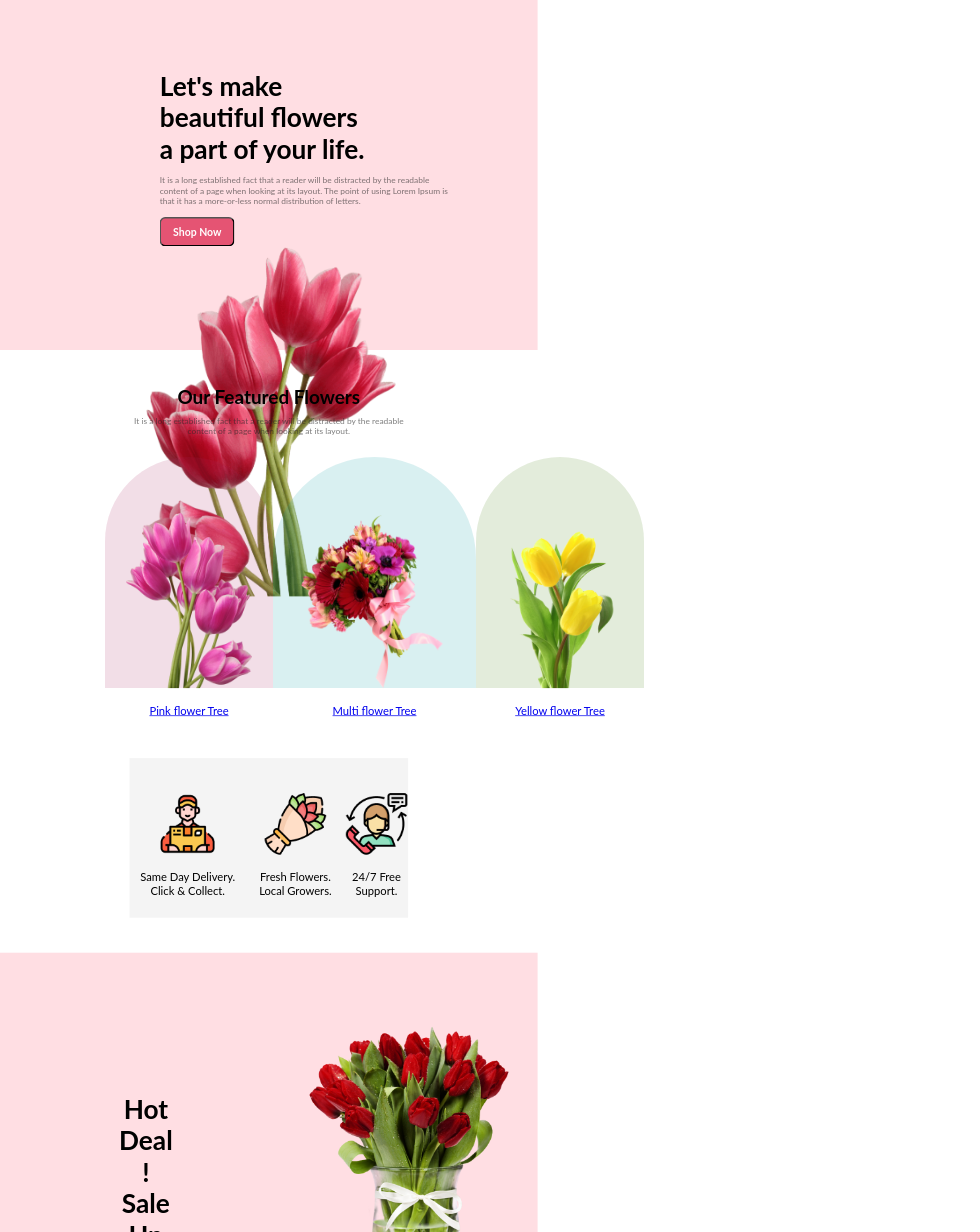
Repository: sadiaafsana138/Flower-Shop_Responsive
Page: index.html
The author's editor kept a copy of each file at every save. The page is drawn from the files as they stood at one save, then again after the next save.
The browser window is 768 px wide. The page is 1400 px wide, so the pictures cover 1400 px, including what lies to the right of the window. The pictures show the part of the page from y = 0 to 1760 px (the page is 3529 px tall), at 70% of full size.

Above is the page before, as saved 2023-09-07 05:02:06.

### index.html
<!DOCTYPE html>
<html lang="en">

<head>
    <meta charset="UTF-8">
    <meta name="viewport" content="width=device-width, initial-scale=1.0">
    <title>Flower Shop</title>
    <link rel="stylesheet" href="Flower.css">
</head>
<body>
    <header>
        <section class="Section1">
            <div>
                <div id="HeaderText1">
                    <h1>
                        Let's make<br>beautiful flowers<br>a part of your life.
                    </h1>
                </div>
                <div id="HeaderText2">
                    <p>
                        It is a long established fact that a reader will be distracted by the readable<br>content of a
                        page when looking at its layout. The point of using Lorem Ipsum is<br>that it has a more-or-less
                        normal distribution of letters.
                    </p>
                </div>
                <button class="Main_button">
                    Shop Now
                </button>
            </div>
            <div>
                <img src="Images/1.png" alt="Cover image" height="500px" width="400px">
            </div>
        </section>
    </header>
    <main>
        <section class="Section2">
            <div>
                <div id="Section_2_header1">
                    <h1>
                        Our Featured Flowers
                    </h1>
                </div>
                <div>
                    <p id="Section_2_header2">
                        It is a long established fact that a reader will be distracted by the readable<br>content of a
                        page when looking at its layout.
                    </p>
                </div>
            </div>
            <div class="Section_2_pictures">
                <div id="sec2_pic1">
                    <img src="Images/2.png" alt="" height="250px" width="180px">
                    <br>
                    <br>
                    <a href="https://flowersourcebd.com/" target="_blank">
                        Pink flower Tree
                    </a>
                </div>
                <div id="sec2_pic2">
                    <img src="Images/3.png" alt="" height="250px" width="230px">
                    <br>
                    <br>
                    <a href="https://flowersourcebd.com/" target="_blank">
                        Multi flower Tree
                    </a>
                </div>
                <div id="sec2_pic3">
                    <img src="Images/4.png" alt="" height="250px" width="180px">
                    <br>
                    <br>
                    <a href="https://flowersourcebd.com/" target="_blank">
                        Yellow flower Tree
                    </a>
                </div>
            </div>
        </section>
        <section class="Section3">
            <div class="Sec3_pic">
                <div>
                    <img src="Images/5.png" alt="">
                    <br>
                    <br>
                    <p>Same Day Delivery. Click & Collect.</p>
                </div>
                <div>
                    <img src="Images/6.png" alt="">
                    <br>
                    <br>
                    <p>Fresh Flowers. Local Growers.</p>
                </div>
                <div>
                    <img src="Images/7.png" alt="">
                    <br>
                    <br>
                    <p>24/7 Free Support.</p>
                </div>
            </div>
        </section>
        <section class="Section4">
            <div>
                <div id="Sec4_text1">
                    <h1>
                        Hot Deal ! Sale Up To 25% <span id="off_color">Off</span>
                    </h1>
                </div>
                <br>
                <div id="Sec4_text2">
                    <p>
                        It is a long established fact that a reader will be distracted by the readable<br>content of a page when looking at its layout.
                    </p>
                </div>
                <br>
                <button class="Main_button">
                    Sign Up
                </button>
            </div>
            <div id="sec4_vas">
                <img src="Images/8.png" alt="" height="380px" width="300px">
            </div>
        </section>
        <section class="Section5">
            <div>
                <div id="Section_2_header1">
                    <h1>
                        Instagram
                    </h1>
                </div>
                <div>
                    <p id="Section_2_header2">
                        It is a long established fact that a reader will be distracted by the readable<br>content of a
                        page when looking at its layout.
                    </p>
                </div>
            </div>
            <div class="Section_2_pictures">
                <div>
                    <img src="Images/9.png" alt="" height="250px" width="200px">
                </div>
                <div>
                    <img src="Images/10.png" alt="" height="250px" width="200px">
                </div>
                <div>
                    <img src="Images/11.png" alt="" height="250px" width="200px">
                </div>
                <div>
                    <img src="Images/12.png" alt="" height="250px" width="200px">
                </div>
            </div>
        </section>
        <section class="Section6">
            <div>
                <img src="Images/14.png" alt="" height="320px" width="700px">
                <br>
                <button class="ways">
                    See more
                </button>
            </div>
            <div>
                <img src="Images/15.png" alt="" height="320px" width="700px">
                <br>
                <input type="text" placeholder="Write your meessage here" size="50">
                <button class="message">
                    Submit
                </button>
            </div>
        </section>
        <section class="Section7">
            <div class="Sec7">
                <div id="Section_2_header1">
                    <h1>
                        Get The Latest Deals
                    </h1>
                </div>
                <div>
                    <p id="Section_2_header2">
                        $30 coupon for first shopping
                    </p>
                </div>
                <div>
                    <input type="email" placeholder="Input your Email Id here" size="50">
                <button class="message">
                    Subscribe
                </button>
                </div>
            </div>
        </section>
    </main>
    <footer>
        <section class="Section8">
            <div>
                <div id="Sec4_text1">
                    <h1>
                        <span id="off_color">Flower</span><span class="white_color">Shop</span>
                    </h1>
                </div>
                <br>
                <div id="Sec4_text2">
                    <p class="white_color">
                        It is a long established fact that a reader will be distracted by the readable<br>content of a page when looking at its layout.
                    </p>
                    <br>
                    <p id="assh">
                        @2020-2023, FlowerShop.com. All rights reserved
                    </p>
                </div>
            </div>
        </section>
    </footer>
</body>
</html>

### Flower.css
*{
    margin:0px;
    font-family: Lato;
    font-style: normal;
}
/*Section 1*/
.Section1{
    background-color: rgb(255, 222, 227);
    height:500px;
    width: 100%;
    display: flex;
    justify-content: space-around;
}
#HeaderText1{
    padding: 100px 70px 5px 100px;
    font-size:  25px;
    font-weight: 800;

}
#HeaderText2{
    padding: 10px 0px 5px 100px;
    font-size:  12px;
    font-weight: 400;
    color:rgba(39, 39, 39, 0.60);
}
.Main_button{
    border-radius: 8px;
    background: #E55473;
    color: #FFF;
    font-size: 15px;
    font-weight: 700;
    padding: 10px 17px;
    margin: 10px 0px 0px 100px;
}
/*Section 2*/
#Section_2_header1{
    padding: 50px 0px 10px 0px;
    font-size:  18px;
    font-weight: 800;
    text-align: center;
}
#Section_2_header2{
    font-size:  12px;
    font-weight: 400;
    color:rgba(39, 39, 39, 0.60);
    text-align: center;
}
.Section_2_pictures{
    margin: 30px 150px 0px;
    justify-content: space-around;
    display: flex;
}
#sec2_pic1{
    border-radius: 300px 300px 0px 0px;
    background: rgba(167, 33, 98, 0.15);
    height:250px ;
    width: 230px;
    padding: 80px 30px 0px 30px;
    text-align: center;
}
#sec2_pic2{
    border-radius: 300px 300px 0px 0px;
    background:rgba(5, 151, 160, 0.15);
    height: 250px;
    width: 230px;
    padding: 80px 30px 0px 30px;
    text-align: center;
}
#sec2_pic3{
    border-radius: 300px 300px 0px 0px;
    background: rgba(71, 125, 17, 0.15);
    height: 250px;
    width: 230px;
    padding: 80px 30px 0px 30px;
    text-align: center;

}
/*Section 3*/
.Sec3_pic{
    background: rgba(39, 39, 39, 0.05);
    margin: 100px 185px 0px;
    padding: 50px 0px 30px;
    justify-content: space-around;
    display: flex;
    text-align: center;
}
/* Section 4 */
.Section4{
    margin-top: 50px;
    background-color: rgb(255, 222, 227);
    height:500px;
    width: 100%;
    display: flex;
    justify-content: space-around;
    text-align: center;
}
#Sec4_text1{
    padding: 200px 70px 5px 170px;
    font-size:25px;
    font-weight: 800;
}
#Sec4_text2{
    padding: 10px 0px 0px 100px;
    font-size:  15px;
    font-weight: 400;
    color:rgba(39, 39, 39, 0.60);
}
#off_color{
    color: #E55473;
}
#sec4_vas{
    padding: 100px 120px ;
}
/*section 6 */
.Section6{
    margin-top: 50px;
    background-color: rgb(255, 222, 227);
    height:400px;
    width: 100%;
    display: flex;
    justify-content: space-around;
}
.message{
    border-radius: 8px;
    background: #E55473;
    color: #FFF;
    font-size: 15px;
    font-weight: 700;
    padding: 10px 25px;
    margin: 10px 0px 0px 10px;
}
.ways{
    border-radius: 8px;
    background: #E55473;
    color: #FFF;
    font-size: 15px;
    font-weight: 700;
    padding: 10px 30px;
    margin: 10px 250px ;
}
/*section 7*/
.Section7{
    background-image: url(Images/13.png);
    margin: 100px 185px 0px;
}
.Sec7{
    padding: 50px 0px 30px;
    text-align: center;
}
/*Section 8*/
.Section8{
    margin-top: 50px;
    background-color: rgb(0, 0, 0);
    height:400px;
    width: 100%;
    text-align: center;

}
.white_color{
    color: #FFF;
}
#assh{
    color: rgba(169, 169, 169, 0.589);
}




/*Responsive*/
/*Tab*/
@media screen and (min-width:768px) and (max-width:992px) {
    .Section1{
        flex-wrap: wrap
    }
}







/*Mobile*/
@media screen and (max-width:768px) {
    .Section1{
        flex-wrap: wrap
    }
}

After the next save:
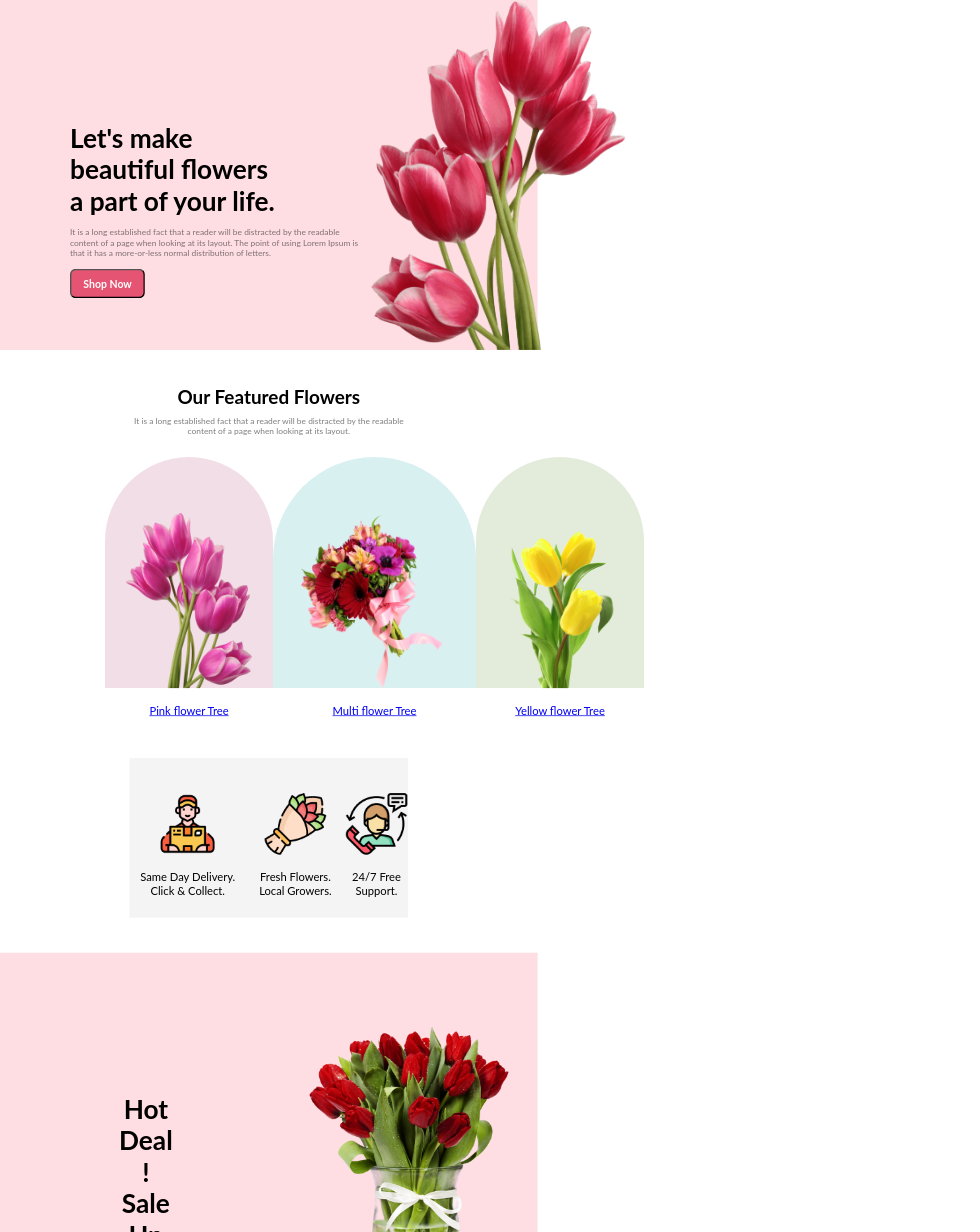
Saved 68 s later.
--- a/Flower.css
+++ b/Flower.css
@@ -183,6 +183,6 @@
 /*Mobile*/
 @media screen and (max-width:768px) {
     .Section1{
-        flex-wrap: wrap
+        flex-direction: column-reverse;
     }
 }
